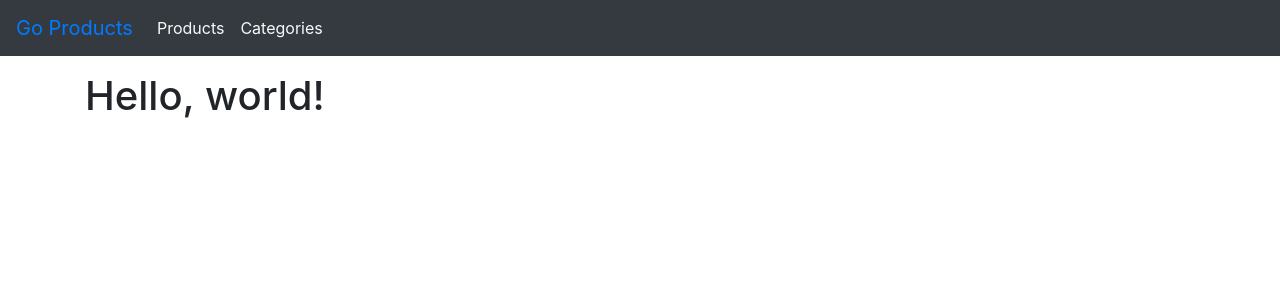
Repository: Nouthemoran/go-web-native-crud
Page: views/home/index.html
The author's editor kept a copy of each file at every save. The page is drawn from the files as they stood at one save, then again after a run of saves.
The browser window is 1280 px wide. The pictures show the whole page.

Above is the page before, as saved 2023-10-04 15:09:58.

### views/home/index.html
<!doctype html>
<html lang="en">
  <head>
    <!-- Required meta tags -->
    <meta charset="utf-8">
    <meta name="viewport" content="width=device-width, initial-scale=1, shrink-to-fit=no">

    <!-- Bootstrap CSS -->
    <link rel="stylesheet" href="https://cdn.jsdelivr.net/npm/bootstrap@4.3.1/dist/css/bootstrap.min.css" integrity="sha384-ggOyR0iXCbMQv3Xipma34MD+dH/1fQ784/j6cY/iJTQUOhcWr7x9JvoRxT2MZw1T" crossorigin="anonymous">

    <title>golang project</title>
  </head>
  <body>
    <!-- Navbar -->
    <nav class="navbar navbar-expand-lg bg-dark">
        <a class="navbar-brand" href="#">Go Products</a>
        <button class="navbar-toggler" type="button" data-toggle="collapse" data-target="#navbarNav" aria-controls="navbarNav" aria-expanded="false" aria-label="Toggle navigation">
          <span class="navbar-toggler-icon"></span>
        </button>
        <div class="collapse navbar-collapse" id="navbarNav">
          <ul class="navbar-nav ms-auto">
            <li class="nav-item active">
              <a class="nav-link text-light" href="/products">Products<span class="sr-only">(current)</span></a>
            </li>
            <li class="nav-item">
              <a class="nav-link text-light" href="/categories">Categories</a>
            </li>
          </ul>
        </div>
      </nav>
    <!-- End of Navbar -->

    <div class="container mt-3">
        <h1>Hello, world!</h1>

    </div>

    <!-- Optional JavaScript -->
    <!-- jQuery first, then Popper.js, then Bootstrap JS -->
    <script src="https://code.jquery.com/jquery-3.3.1.slim.min.js" integrity="sha384-q8i/X+965DzO0rT7abK41JStQIAqVgRVzpbzo5smXKp4YfRvH+8abtTE1Pi6jizo" crossorigin="anonymous"></script>
    <script src="https://cdn.jsdelivr.net/npm/popper.js@1.14.7/dist/umd/popper.min.js" integrity="sha384-UO2eT0CpHqdSJQ6hJty5KVphtPhzWj9WO1clHTMGa3JDZwrnQq4sF86dIHNDz0W1" crossorigin="anonymous"></script>
    <script src="https://cdn.jsdelivr.net/npm/bootstrap@4.3.1/dist/js/bootstrap.min.js" integrity="sha384-JjSmVgyd0p3pXB1rRibZUAYoIIy6OrQ6VrjIEaFf/nJGzIxFDsf4x0xIM+B07jRM" crossorigin="anonymous"></script>
  </body>
</html>

After the next 2 saves:
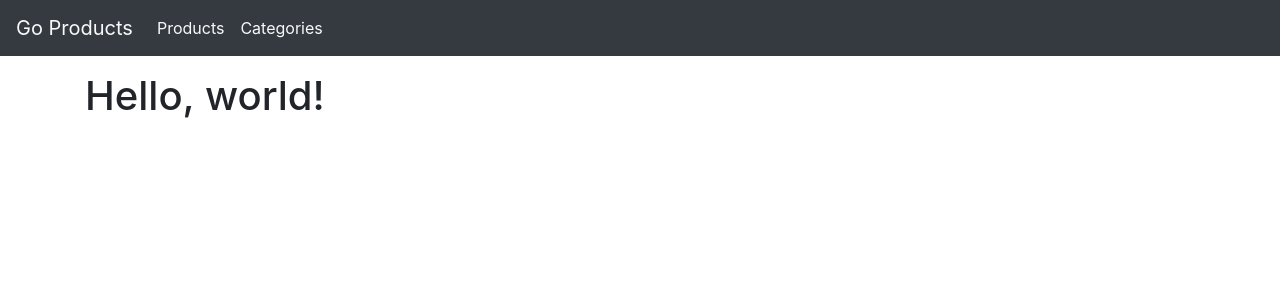
The 2 saves are shown as one change because they came seconds apart.
The last was saved 19 s later.
--- a/views/home/index.html
+++ b/views/home/index.html
@@ -13,7 +13,7 @@
   <body>
     <!-- Navbar -->
     <nav class="navbar navbar-expand-lg bg-dark">
-        <a class="navbar-brand" href="#">Go Products</a>
+        <a class="navbar-brand text-light" href="#">Go Products</a>
         <button class="navbar-toggler" type="button" data-toggle="collapse" data-target="#navbarNav" aria-controls="navbarNav" aria-expanded="false" aria-label="Toggle navigation">
           <span class="navbar-toggler-icon"></span>
         </button>
